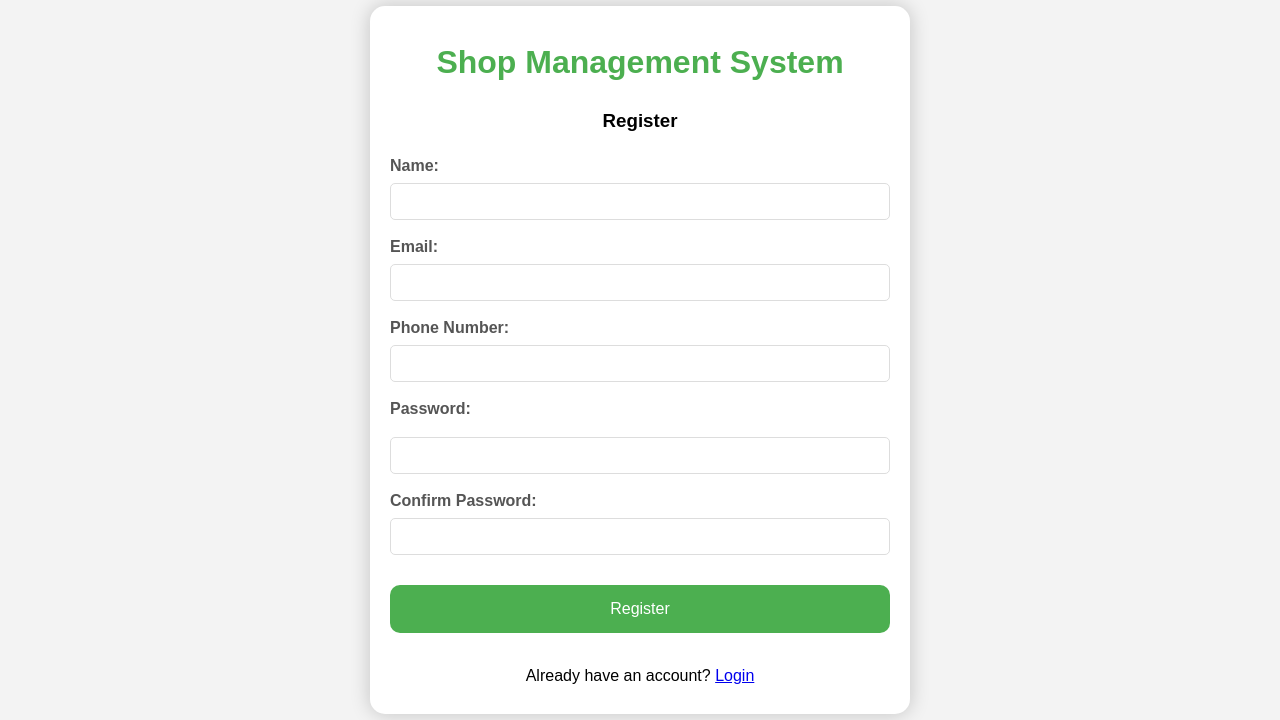
Repository: shamchiwade/GroceryNow
Page: http://localhost/ShopManagement/register.jsp
These files come from the project's save history. The page is drawn as it stood at one moment and after the next save; the edit follows.
The browser window is 1280 px wide. The pictures show the whole page.
The page is served by Tomcat 10.

Above is the page before, as saved 2024-10-01 19:19:30.

After the next save:
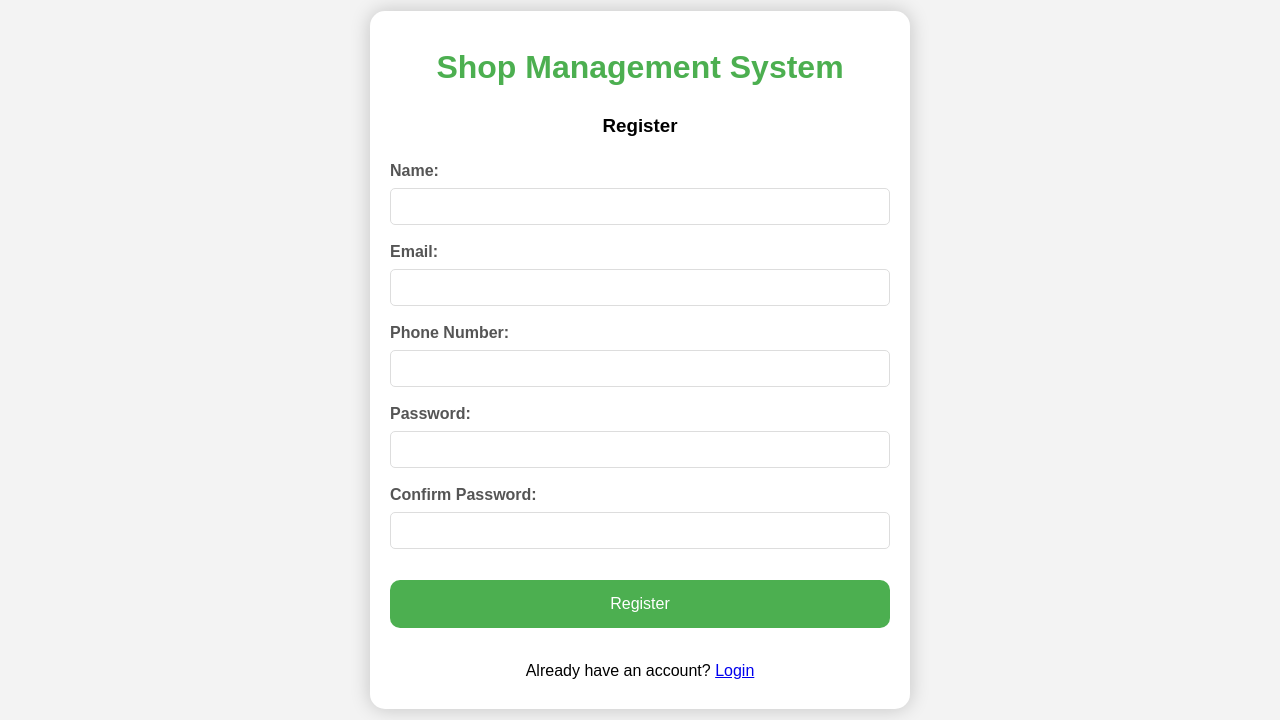
Saved 68 s later.
--- a/ShopManagement/src/main/webapp/register.jsp
+++ b/ShopManagement/src/main/webapp/register.jsp
@@ -14,10 +14,11 @@
             <input type="email" id="email" name="em" required>
             <label for="phoneNumber">Phone Number:</label>
             <input type="tel" id="phoneNumber" name="ph" required>
-            <label for="password">Password:</label>	<p style="color: red;">${error}</p>
+            <label for="password">Password:</label>
             <input type="text" id="password" name="ps" required>
             <label for="confirmPassword">Confirm Password:</label>
             <input type="text" id="confirmPassword" name="cps" required>
+            <p style="color: red;">${error}</p>
             <button type="submit">Register</button>
         </form>
         <p>Already have an account? <a href="login.jsp">Login</a></p>
